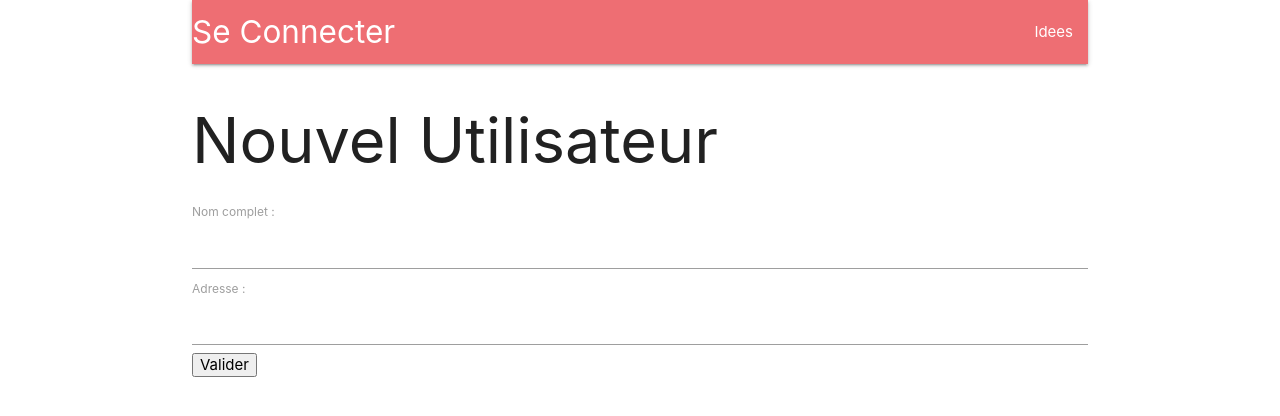
Repository: AqVScipio/JEE_NonEval
Page: http://localhost/Topaidi/home
An editor plug-in stored every save of this project. The page is shown before and after the next save, followed by the edit.
The browser window is 1280 px wide. The pictures show the whole page.
The page is served by Tomcat 9. Other server files are loaded and not shown.

Above is the page before, as saved 2021-02-17 14:40:05.

### Topaidi/src/main/webapp/WEB-INF/webpages/home.jsp
<%@ page language="java" contentType="text/html; charset=ISO-8859-1"
    pageEncoding="ISO-8859-1"%>
<!DOCTYPE html>
<html>
<head>
<meta charset="ISO-8859-1">
<title>Bienvenue</title>
	<%@include file="commons/header.jsp" %>
</head>
<body>
<div class="container">
	<%@include file="commons/menu.jsp" %>

	<h1>Nouvel Utilisateur</h1>

	<form action="clients" method="post">
		<label for="nomClient">Nom complet :</label> <input type="text"  name="nomClient">
		<label for="adresseClient">Adresse :</label> <input type="text"  name="adresseClient">

		<input type="submit" value="Valider" />
	</form>

</div>
</body>
</html>

### Topaidi/src/main/webapp/WEB-INF/webpages/commons/header.jsp
<%@ page language="java" contentType="text/html; charset=ISO-8859-1"
    pageEncoding="ISO-8859-1"%>
<%@ taglib uri="http://java.sun.com/jsp/jstl/core" prefix="c" %>
<!DOCTYPE html>

<link rel="stylesheet" href="https://cdnjs.cloudflare.com/ajax/libs/materialize/1.0.0/css/materialize.min.css">

### Topaidi/src/main/webapp/WEB-INF/webpages/commons/menu.jsp
<%@ page language="java" contentType="text/html; charset=ISO-8859-1"
    pageEncoding="ISO-8859-1"%>
<!DOCTYPE html>
<html>
<head>
<meta charset="ISO-8859-1">
<title>Insert title here</title>
</head>
<body>
<nav>
    <div class="nav-wrapper">
      <a href="#" class="brand-logo">Se Connecter</a>
      <ul id="nav-mobile" class="right hide-on-med-and-down">
        <li><a href="clients?action=list">Idees</a></li>
      </ul>
    </div>
</nav>
</body>
</html>

### Topaidi/src/main/java/fr/epsi/controller/HomeServlet.java
package fr.epsi.controller;


import java.io.IOException;
import java.util.ArrayList;
import java.util.Date;
import java.util.List;

import javax.ejb.EJB;
import javax.servlet.ServletException;
import javax.servlet.annotation.WebServlet;
import javax.servlet.http.HttpServlet;
import javax.servlet.http.HttpServletRequest;
import javax.servlet.http.HttpServletResponse;

@WebServlet("/home")
public class HomeServlet extends HttpServlet{

	// A appeler au moins une fois pour l'initialisation des données en dur
	protected void doGet(HttpServletRequest req, HttpServletResponse resp)
	        throws ServletException, IOException
	    {
		   	this.getServletContext().getRequestDispatcher("/WEB-INF/webpages/home.jsp").forward(req, resp);
	    }
}

After the next save:
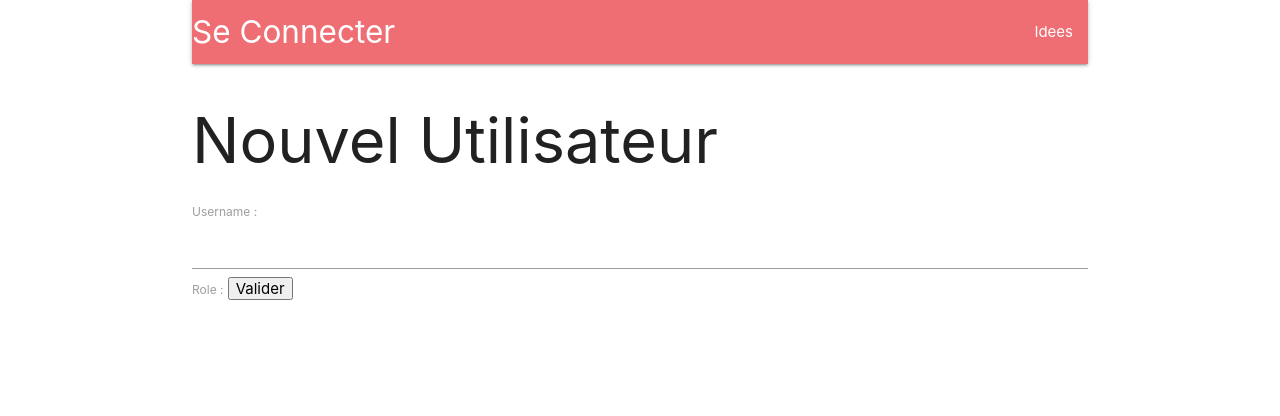
Saved 2 min 51 s later.
--- a/Topaidi/src/main/webapp/WEB-INF/webpages/home.jsp
+++ b/Topaidi/src/main/webapp/WEB-INF/webpages/home.jsp
@@ -13,9 +13,9 @@
 
 	<h1>Nouvel Utilisateur</h1>
 
-	<form action="clients" method="post">
-		<label for="nomClient">Nom complet :</label> <input type="text"  name="nomClient">
-		<label for="adresseClient">Adresse :</label> <input type="text"  name="adresseClient">
+	<form action="users" method="post">
+		<label for="username">Username :</label> <input type="text"  name="username">
+		<label for="role">Role :</label> <input type="radio" name="role">
 
 		<input type="submit" value="Valider" />
 	</form>
